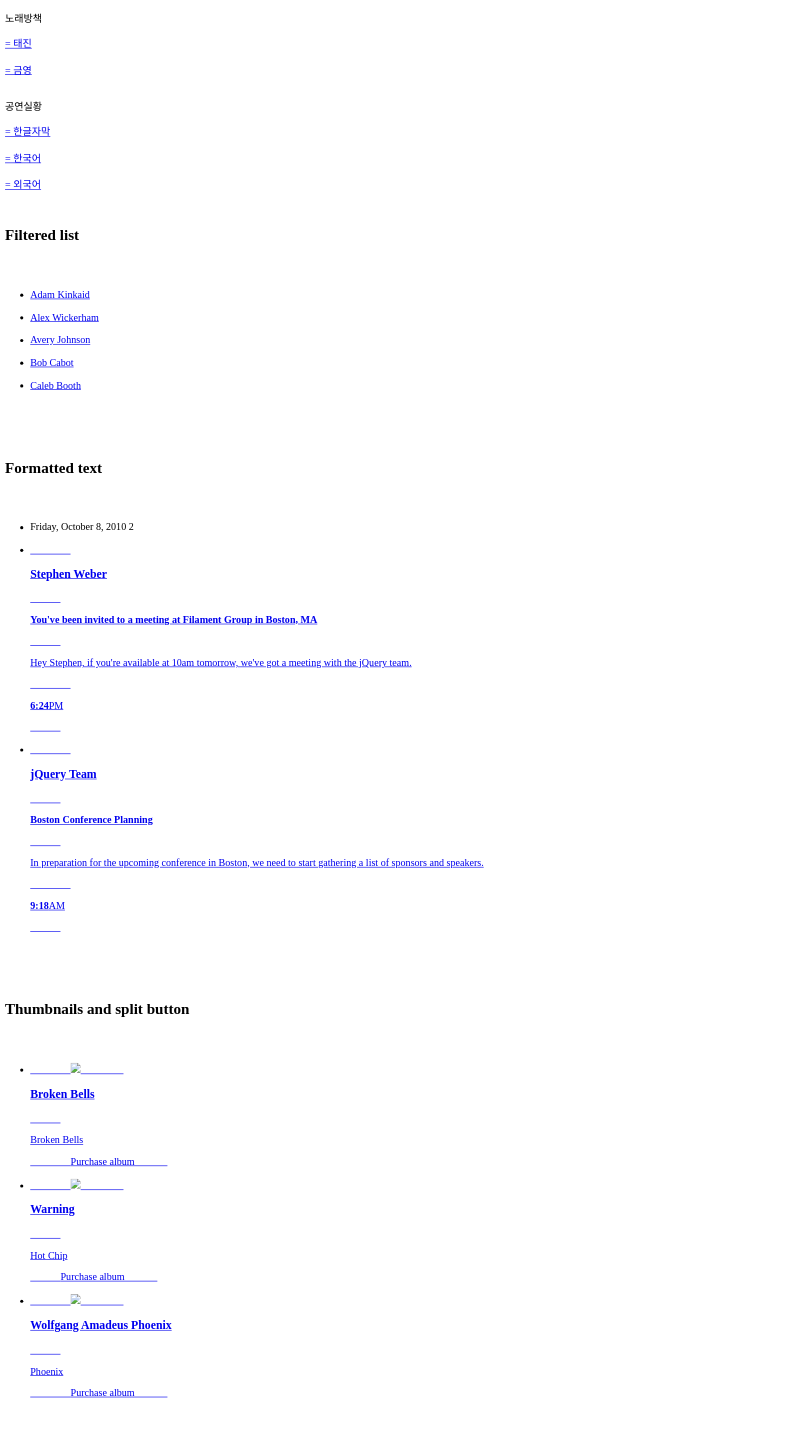
Repository: coriel/ObjectiveC
Page: http://localhost/MusicalTube/WEB-INF/views/menu.jsp
These files come from the project's save history. The page is drawn as it stood at one moment and after the next save; the edit follows.
The browser window is 1280 px wide. The pictures show the whole page, at 63% of full size.
The page is served by Tomcat 9. Nobody is signed in. Other server files are loaded and not shown. The template is opened directly, without the code that normally fills it, so the values that code supplies are empty.

Above is the page before, as saved 2016-02-15 07:04:49.
Not found: Workspace/MusicalTube/MusicalTube/WEB-INF/_assets/img/album-bb.jpg
Not found: Workspace/MusicalTube/MusicalTube/WEB-INF/_assets/img/album-hc.jpg
Not found: Workspace/MusicalTube/MusicalTube/WEB-INF/_assets/img/album-p.jpg

### Workspace/MusicalTube/src/main/webapp/WEB-INF/views/menu.jsp
<%@ page language="java" contentType="text/html;charset=UTF-8"
    pageEncoding="UTF-8"%>
<!DOCTYPE html PUBLIC "-//W3C//DTD HTML 4.01 Transitional//EN" "http://www.w3.org/TR/html4/loose.dtd">
<html>
<head>
<meta http-equiv="Content-Type" content="text/html; charset=UTF-8">
<title>Insert title here</title>
</head>
<body>
  <div data-role="panel" id="myPanel" width="100px">
    <p>노래방책</p>
	<a href="song_t" blur="none">= 태진</a><br/><br/>
    <a href="song_k">= 금영</a><br/><br/>
    <p>공연실황</p>
    <a href="song_t">= 한글자막</a><br/><br/>
    <a href="song_k">= 한국어</a><br/><br/>
    <a href="song_k">= 외국어</a><br/>
  </div>

  <div data-role="collapsibleset" data-theme="a" data-content-theme="b">
    <div data-role="collapsible">
    <h2>Filtered list</h2>
        <ul data-role="listview" data-filter="true" data-filter-theme="a" data-divider-theme="b">
            <li><a href="index.html">Adam Kinkaid</a></li>
            <li><a href="index.html">Alex Wickerham</a></li>
            <li><a href="index.html">Avery Johnson</a></li>
            <li><a href="index.html">Bob Cabot</a></li>
            <li><a href="index.html">Caleb Booth</a></li>
        </ul>
    </div>
    <div data-role="collapsible">
    <h2>Formatted text</h2>
        <ul data-role="listview" data-theme="a" data-divider-theme="b">
            <li data-role="list-divider">Friday, October 8, 2010 <span class="ui-li-count">2</span></li>
            <li><a href="index.html">
                <h3>Stephen Weber</h3>
            <p><strong>You've been invited to a meeting at Filament Group in Boston, MA</strong></p>
            <p>Hey Stephen, if you're available at 10am tomorrow, we've got a meeting with the jQuery team.</p>
                <p class="ui-li-aside"><strong>6:24</strong>PM</p>
            </a></li>
            <li><a href="index.html">
                <h3>jQuery Team</h3>
            <p><strong>Boston Conference Planning</strong></p>
            <p>In preparation for the upcoming conference in Boston, we need to start gathering a list of sponsors and speakers.</p>
                <p class="ui-li-aside"><strong>9:18</strong>AM</p>
            </a></li>
        </ul>
    </div>
    <div data-role="collapsible">
    <h2>Thumbnails and split button</h2>
        <ul data-role="listview" data-split-icon="gear" data-split-theme="a">
            <li><a href="index.html">
                <img src="../_assets/img/album-bb.jpg">
                <h3>Broken Bells</h3>
            <p>Broken Bells</p>
                </a><a href="index.html" data-rel="dialog" data-transition="slideup">Purchase album
            </a></li>
            <li><a href="index.html">
                <img src="../_assets/img/album-hc.jpg">
                <h3>Warning</h3>
            <p>Hot Chip</p>
            </a><a href="index.html" data-rel="dialog" data-transition="slideup">Purchase album
            </a></li>
            <li><a href="index.html">
                <img src="../_assets/img/album-p.jpg">
                <h3>Wolfgang Amadeus Phoenix</h3>
            <p>Phoenix</p>
                </a><a href="index.html" data-rel="dialog" data-transition="slideup">Purchase album
            </a></li>
        </ul>
    </div>
</div>
</body>
</html>

After the next save:
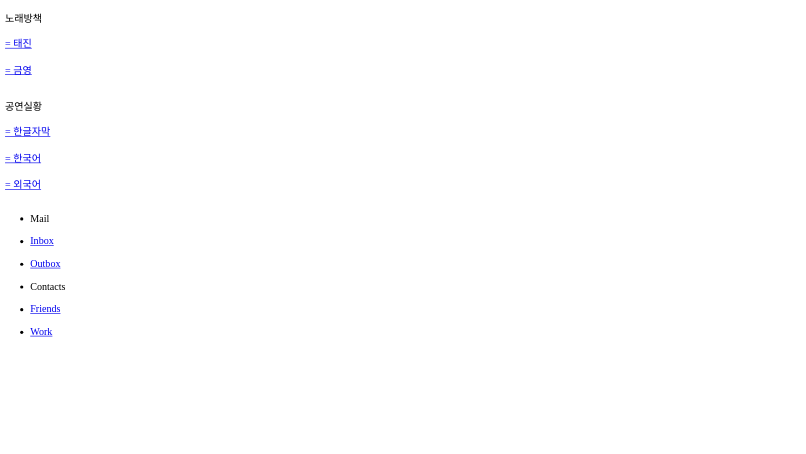
Saved 51 s later.
--- a/Workspace/MusicalTube/src/main/webapp/WEB-INF/views/menu.jsp
+++ b/Workspace/MusicalTube/src/main/webapp/WEB-INF/views/menu.jsp
@@ -15,60 +15,17 @@
     <a href="song_t">= 한글자막</a><br/><br/>
     <a href="song_k">= 한국어</a><br/><br/>
     <a href="song_k">= 외국어</a><br/>
+
+    <ul data-role="listview" data-inset="true" data-divider-theme="a">
+    <li data-role="list-divider">Mail</li>
+    <li><a href="#">Inbox</a></li>
+    <li><a href="#">Outbox</a></li>
+    <li data-role="list-divider">Contacts</li>
+    <li><a href="#">Friends</a></li>
+    <li><a href="#">Work</a></li>
+</ul>
   </div>
 
-  <div data-role="collapsibleset" data-theme="a" data-content-theme="b">
-    <div data-role="collapsible">
-    <h2>Filtered list</h2>
-        <ul data-role="listview" data-filter="true" data-filter-theme="a" data-divider-theme="b">
-            <li><a href="index.html">Adam Kinkaid</a></li>
-            <li><a href="index.html">Alex Wickerham</a></li>
-            <li><a href="index.html">Avery Johnson</a></li>
-            <li><a href="index.html">Bob Cabot</a></li>
-            <li><a href="index.html">Caleb Booth</a></li>
-        </ul>
-    </div>
-    <div data-role="collapsible">
-    <h2>Formatted text</h2>
-        <ul data-role="listview" data-theme="a" data-divider-theme="b">
-            <li data-role="list-divider">Friday, October 8, 2010 <span class="ui-li-count">2</span></li>
-            <li><a href="index.html">
-                <h3>Stephen Weber</h3>
-            <p><strong>You've been invited to a meeting at Filament Group in Boston, MA</strong></p>
-            <p>Hey Stephen, if you're available at 10am tomorrow, we've got a meeting with the jQuery team.</p>
-                <p class="ui-li-aside"><strong>6:24</strong>PM</p>
-            </a></li>
-            <li><a href="index.html">
-                <h3>jQuery Team</h3>
-            <p><strong>Boston Conference Planning</strong></p>
-            <p>In preparation for the upcoming conference in Boston, we need to start gathering a list of sponsors and speakers.</p>
-                <p class="ui-li-aside"><strong>9:18</strong>AM</p>
-            </a></li>
-        </ul>
-    </div>
-    <div data-role="collapsible">
-    <h2>Thumbnails and split button</h2>
-        <ul data-role="listview" data-split-icon="gear" data-split-theme="a">
-            <li><a href="index.html">
-                <img src="../_assets/img/album-bb.jpg">
-                <h3>Broken Bells</h3>
-            <p>Broken Bells</p>
-                </a><a href="index.html" data-rel="dialog" data-transition="slideup">Purchase album
-            </a></li>
-            <li><a href="index.html">
-                <img src="../_assets/img/album-hc.jpg">
-                <h3>Warning</h3>
-            <p>Hot Chip</p>
-            </a><a href="index.html" data-rel="dialog" data-transition="slideup">Purchase album
-            </a></li>
-            <li><a href="index.html">
-                <img src="../_assets/img/album-p.jpg">
-                <h3>Wolfgang Amadeus Phoenix</h3>
-            <p>Phoenix</p>
-                </a><a href="index.html" data-rel="dialog" data-transition="slideup">Purchase album
-            </a></li>
-        </ul>
-    </div>
-</div>
+
 </body>
 </html>
